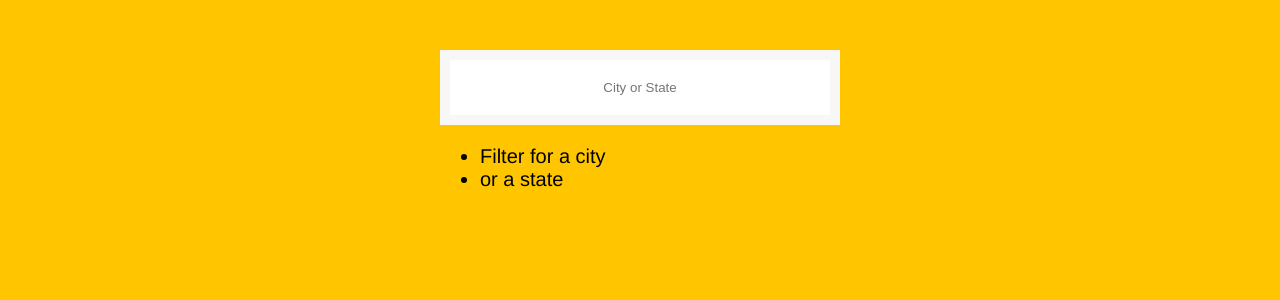
Repository: Saieebawake/Type-Ahead-City-or-State-Search
Page: index.html
These files come from the project's save history. The page is drawn as it stood at one moment and after a run of saves; the edit follows.
The browser window is 1280 px wide. The pictures show the whole page.
The page's requests for data from a server got no answer.

Above is the page before, as saved 2026-09-27 20:36:04.

After the next 2 saves:
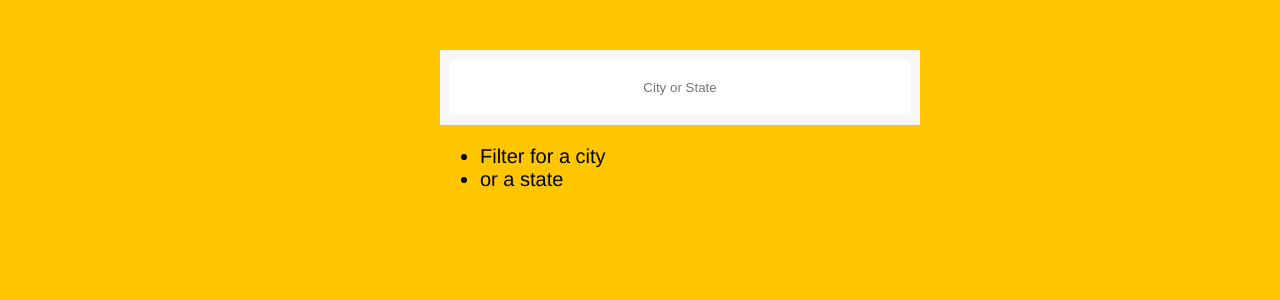
The 2 saves are shown as one change because they came seconds apart.
The last was saved 9 s later.
--- a/style.css
+++ b/style.css
@@ -25,5 +25,6 @@ input.search {
     text-align: center;
     outline: 0;
     border: 10px solid #f7f7f7;
+    width: 120%;
 
 }
